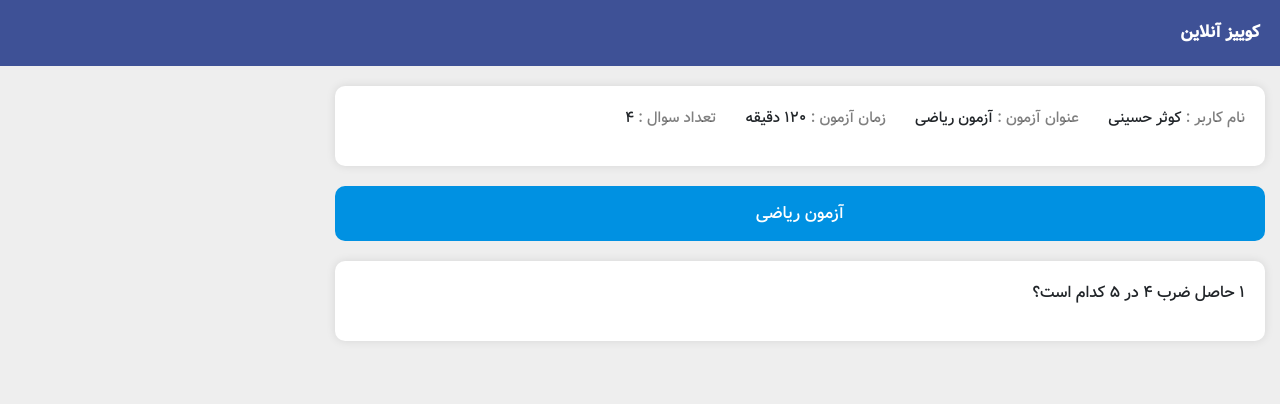
Repository: kosar78/quiz-online
Page: quiz.html
These files come from the project's save history. The page is drawn as it stood at one moment and after the next save; the edit follows.
The browser window is 1280 px wide. The pictures show the whole page.
Some web libraries are served in a nearby version.

Above is the page before, as saved 2022-01-09 21:19:45.

### quiz.html
<!DOCTYPE html>
<html lang="en">
<head>
    <meta charset="UTF-8">
    <meta name="viewport" content="width=device-width, initial-scale=1.0">
    <link rel="stylesheet" href="css/quiz.css">
    <link rel="stylesheet" href="bootstrap_files/css/bootstrap.min.css">
    <script type="text/javascript" src="JQuery_file/jQuery.js"></script>
    <script type="text/javascript" src="bootstrap_files/js/bootstrap.min.js"></script>
    <!-- <script type="text/javascript" src="js/signin.js"></script> -->
    <title>امتحان</title>
</head>
<body>
    <div class="container-fluid signin-container">
        <div class="row main-row">
            <div class="headerr">کوییز آنلاین</div>

            <div class="col-xl-9">
                <div class="quiz-details">
                    <ul>
                        <li>
                            <ul>
                                <li class="q-info-title">نام کاربر :</li>
                                <li>کوثر حسینی</li>
                            </ul>
                        </li>
                        <li>
                            <ul>
                                <li class="q-info-title">عنوان آزمون :</li>
                                <li>آزمون ریاضی</li>
                            </ul>
                        </li>
                        <li>
                            <ul>
                                <li class="q-info-title">زمان آزمون :</li>
                                <li>120 دقیقه</li>
                            </ul>
                        </li>
                        <li>
                            <ul>
                                <li class="q-info-title">تعداد سوال :</li>
                                <li>4</li>
                            </ul>
                        </li>
                    </ul>
                </div>
                <div class="exam-title-div">
                    <p class="exam-title">
                        آزمون ریاضی
                    </p>
                </div>


                <div class="question-box">
                    <ul>
                        <li class="question-number">1</li>
                        <li class="question-face">حاصل ضرب 4 در 5 کدام است؟</li>
                    </ul>

                </div>
            </div>
            <div class="col-xl-3">

            </div>
        </div>
    </div>

    <script src="https://cdnjs.cloudflare.com/ajax/libs/axios/0.18.0/axios.min.js"></script>
    <!-- <script src="./connectToDB/signUp.js"></script> -->

</body>
</html>

### css/quiz.css
@font-face {
    font-family: FirstFont;
    src:url(../font/Vazir-Medium.woff2) format('woff2');
    src:url(../font/Vazir-Medium-FD-WOL.woff2) format('woff2');
  }
* {
    margin: 0;
    padding: 0;
    user-select: none;
    -moz-user-select: none;
    -khtml-user-select: none;
    -webkit-user-select: none;
    -o-user-select: none;
    text-align: right;
    text-decoration:none;
}
html body {
    direction: rtl;
    font-family:FirstFont;
    text-align: center;
    /* background: linear-gradient(260.06deg, #363671 12.33%, #3E5196 57.46%); */
    /* height: 100vh; */
    background-color: #eee;
}

ul li{
    display: inline-block;
    list-style: none;
}
.headerr{
    background-color: #3E5196;
    color: white;
    font-weight: 600;
    width: 100%;
    padding: 20px;
    font-size: 17px;
}
.quiz-details,
.question-box{
    background-color: #fff;
    box-shadow: 0px 0px 10px rgba(0, 0, 0, 0.1);
    border-radius: 10px;
    width: 100%;
    height: max-content;
    padding: 20px !important;
    position: relative;
    margin: 20px 0;
}
.quiz-details ul li ul{
    margin-left: 25px;
    font-size: 15px;
}
.q-info-title{
    color: rgb(0, 0, 0,.5);
}
.exam-title-div{
    background-color:#0091E2;
    border-radius: 10px;
    width: 100%;
    height: max-content;
    padding: 15px !important;
    position: relative;
    margin: 20px 0;
}
.exam-title-div p{
    color: #fff;
    font-size: 17px;
    text-align: center;
    padding-top: 0px;
    margin-bottom: 0px;

}
::placeholder {
    color: rgb(0, 0, 0,.5);
    opacity: 0.95;
  }

:-ms-input-placeholder {
    color: rgb(0, 0, 0,.5);
}

::-ms-input-placeholder {
    color: rgb(0, 0, 0,.5);
}

@media(max-width:335px){
    #password,
    #username,
    #confirm-password,
    #code{
        width: 84%;
    }

}

Loaded but not shown: bootstrap_files/css/bootstrap.min.css (library); JQuery_file/jQuery.js (library); bootstrap_files/js/bootstrap.min.js (library)

After the next save:
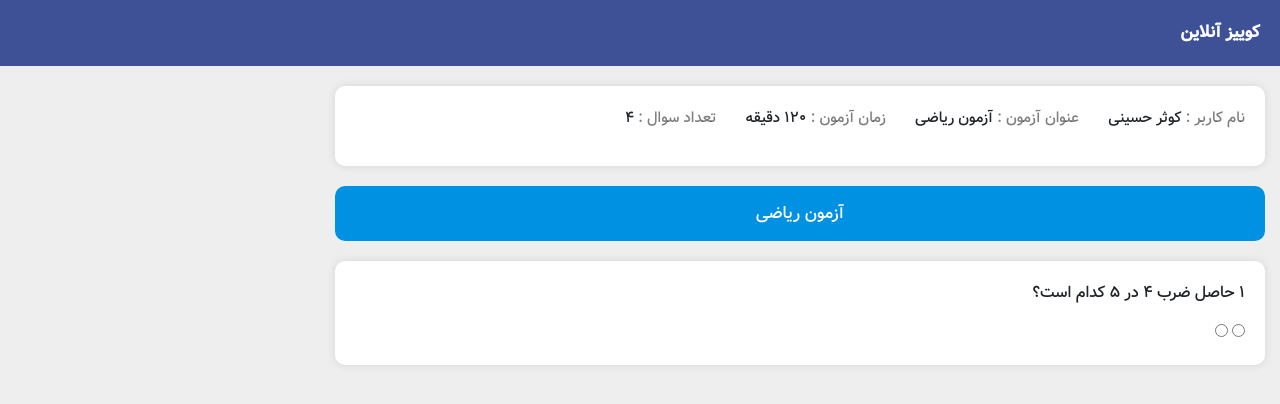
Saved 2 min 15 s later.
--- a/quiz.html
+++ b/quiz.html
@@ -56,7 +56,10 @@
                         <li class="question-number">1</li>
                         <li class="question-face">حاصل ضرب 4 در 5 کدام است؟</li>
                     </ul>
-
+                    <div class="q-options">
+                        <input type="radio" name="" id="">
+                        <input type="radio" name="" id="">
+                    </div>
                 </div>
             </div>
             <div class="col-xl-3">
